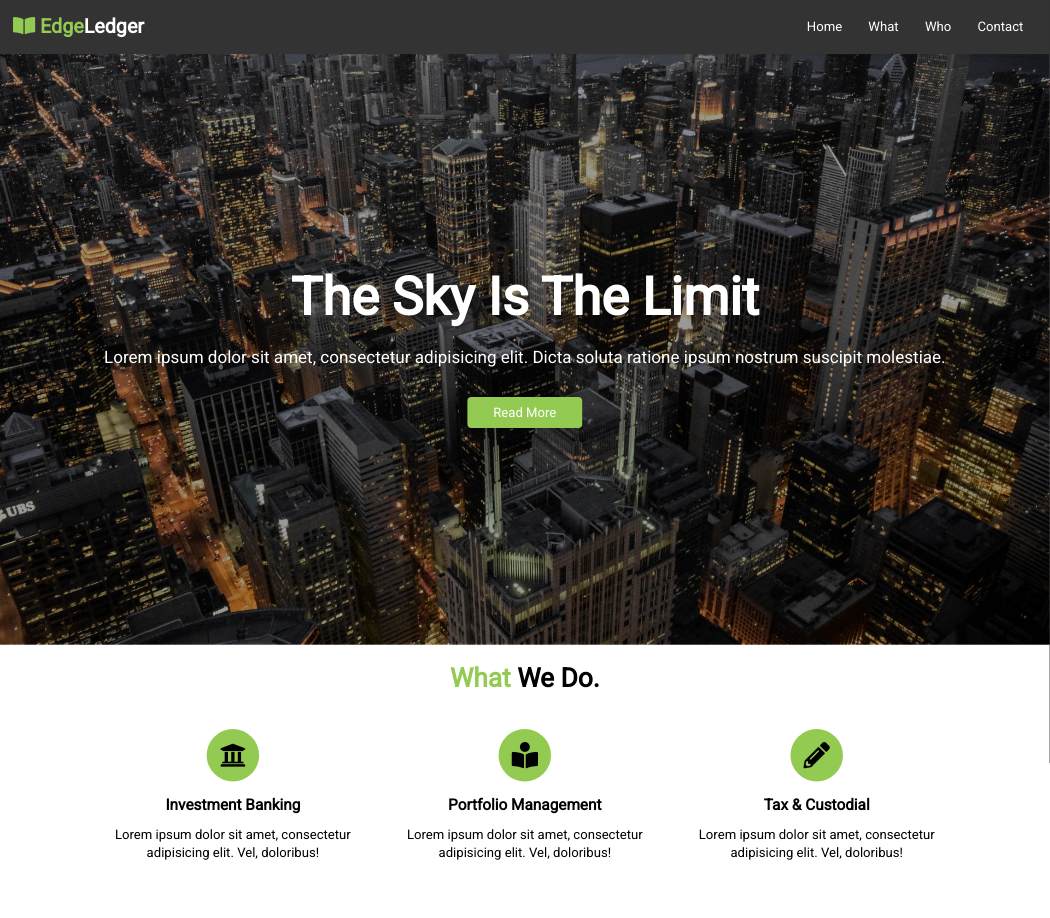
Repository: dimlutine/EdgeLedger
Page: index.html
An editor plug-in stored every save of this project. The page is shown before and after the next save, followed by the edit.
The browser window is 1280 px wide. The pictures show the whole page, at 82% of full size.
Some web libraries are served in a nearby version.

Above is the page before, as saved 2019-07-06 19:20:06.

### index.html
<!DOCTYPE html>
<html lang="en">

<head>
    <meta charset="UTF-8">
    <meta name="viewport" content="width=device-width, initial-scale=1.0">
    <meta http-equiv="X-UA-Compatible" content="ie=edge">
    <link rel="stylesheet" href="https://use.fontawesome.com/releases/v5.6.3/css/all.css" integrity="sha384-UHRtZLI+pbxtHCWp1t77Bi1L4ZtiqrqD80Kn4Z8NTSRyMA2Fd33n5dQ8lWUE00s/" crossorigin="anonymous">
    <link rel="stylesheet" media="screen and (max-width: 768px)" href="css/mobile.css">
    <link rel="stylesheet" media="screeb abd (min-width: 1100px)" href="css/widescreen.css">
    <link rel="stylesheet" href="css/style.css">
    <title>EdgeLedger Financial | Accounting & Investment</title>
</head>

<body id="home">
    <!-- Navbar -->
    <nav id="navbar">
        <h1 class="logo">
            <span class="text-primary"><i class="fas fa-book-open"></i> Edge</span>Ledger
        </h1>
        <ul>
            <li><a href="#home">Home</a></li>
            <li><a href="#what">What</a></li>
            <li><a href="#who">Who</a></li>
            <li><a href="#contacts">Contact</a></li>
        </ul>
    </nav>
    <!-- Header: Showcase -->
    <header id="showcase">
        <div class="showcase-content">
            <h1 class="l-heading">
                The Sky Is The Limit
            </h1>
            <p class="lead">Lorem ipsum dolor sit amet, consectetur adipisicing elit. Dicta soluta ratione ipsum nostrum suscipit molestiae.</p>
            <a href="#what" class="btn">Read More</a>
        </div>
    </header>
    <!-- Section: What We Do -->
    <section id="what" class="bg-light py-1">
        <div class="container">
            <h2 class="m-heading text-center">
                <span class="text-primary">What</span> We Do.
            </h2>
            <div class="items">
                <div class="item">
                    <i class="fas fa-university fa-2x"></i>
                    <div>
                        <h3>Investment Banking</h3>
                        <p>Lorem ipsum dolor sit amet, consectetur adipisicing elit. Vel, doloribus!</p>

                    </div>
                </div>
                <div class="item">
                    <i class="fas fa-book-reader fa-2x"></i>
                    <div>
                        <h3>Portfolio Management</h3>
                        <p>Lorem ipsum dolor sit amet, consectetur adipisicing elit. Vel, doloribus!</p>

                    </div>
                </div>
                <div class="item">
                    <i class="fas fa-pencil-alt fa-2x"></i>
                    <div>
                        <h3>Tax & Custodial</h3>
                        <p>Lorem ipsum dolor sit amet, consectetur adipisicing elit. Vel, doloribus!</p>

                    </div>
                </div>
            </div>
        </div>
    </section>
</body>

</html>

### css/style.css
@import url('https://fonts.googleapis.com/css?family=Roboto&display=swap');
* {
    margin: 0;
    padding: 0;
}

body {
    font-family: 'Roboto', sans-serif;
    line-height: 1.4;
}

a {
    text-decoration: none;
}

p {
    margin: .75rem 0;
}


/* Utility Classes */

.text-center {
    text-align: center;
}

.container {
    max-width: 1100px;
    margin: auto;
    padding: 0 2rem;
    overflow: hidden;
}

.text-primary {
    color: #93cb52;
}

.l-heading {
    font-size: 4rem;
    margin-bottom: 0.75rem;
    line-height: 1.1;
}

.m-heading {
    font-size: 2rem;
    margin-bottom: .75rem;
    line-height: 1.1;
}

.lead {
    font-size: 1.3rem;
    margin-bottom: 2rem;
}

.py-1 {
    padding: 1.5rem 0;
}

.py-2 {
    padding: 2rem 0;
}

.py-3 {
    padding: 3rem 0;
}

.btn {
    display: inline-block;
    color: #fff;
    background: #93cb52;
    padding: 0.5rem 2rem;
    border: none;
    border-radius: 5px;
}

.btn:hover {
    background: #7ab436;
}

.btn-dark {
    background: #333;
    color: #fff;
}


/* Navbar */

#navbar {
    display: flex;
    position: sticky;
    top: 0;
    background: #333;
    color: #fff;
    justify-content: space-between;
    z-index: 1;
    padding: 1rem;
}

#navbar ul {
    display: flex;
    align-items: center;
    list-style: none;
}

#navbar ul li a {
    color: #fff;
    padding: 0.75rem;
    margin: 0 0.25rem;
}

#navbar ul li a:hover {
    background: #93cb52;
    border-radius: 5px;
}


/* Showcase */

#showcase {
    background: #333 url(../img/showcase.jpg) no-repeat center center/cover;
    height: 100vh;
    color: #fff;
}

#showcase .showcase-content {
    height: 100%;
    display: flex;
    flex-direction: column;
    justify-content: center;
    text-align: center;
    align-items: center;
    padding: 0 2rem;
    /* Overlay */
    position: absolute;
    top: 65px;
    left: 0;
    right: 0;
    bottom: 0;
    background-color: rgba(0, 0, 0, .4);
}


/* Section: What We Do */

#what .items {
    display: flex;
    padding: 1rem;
}

#what .item {
    flex: 1;
    text-align: center;
    padding: 1rem;
}

#what .items .item i {
    background: #93cb52;
    padding: 1rem;
    border-radius: 50%;
    margin-bottom: 1rem;
}

Loaded but not shown: css/mobile.css (no stored copy; drawn as an empty file); css/widescreen.css (no stored copy; drawn as an empty file)

After the next save:
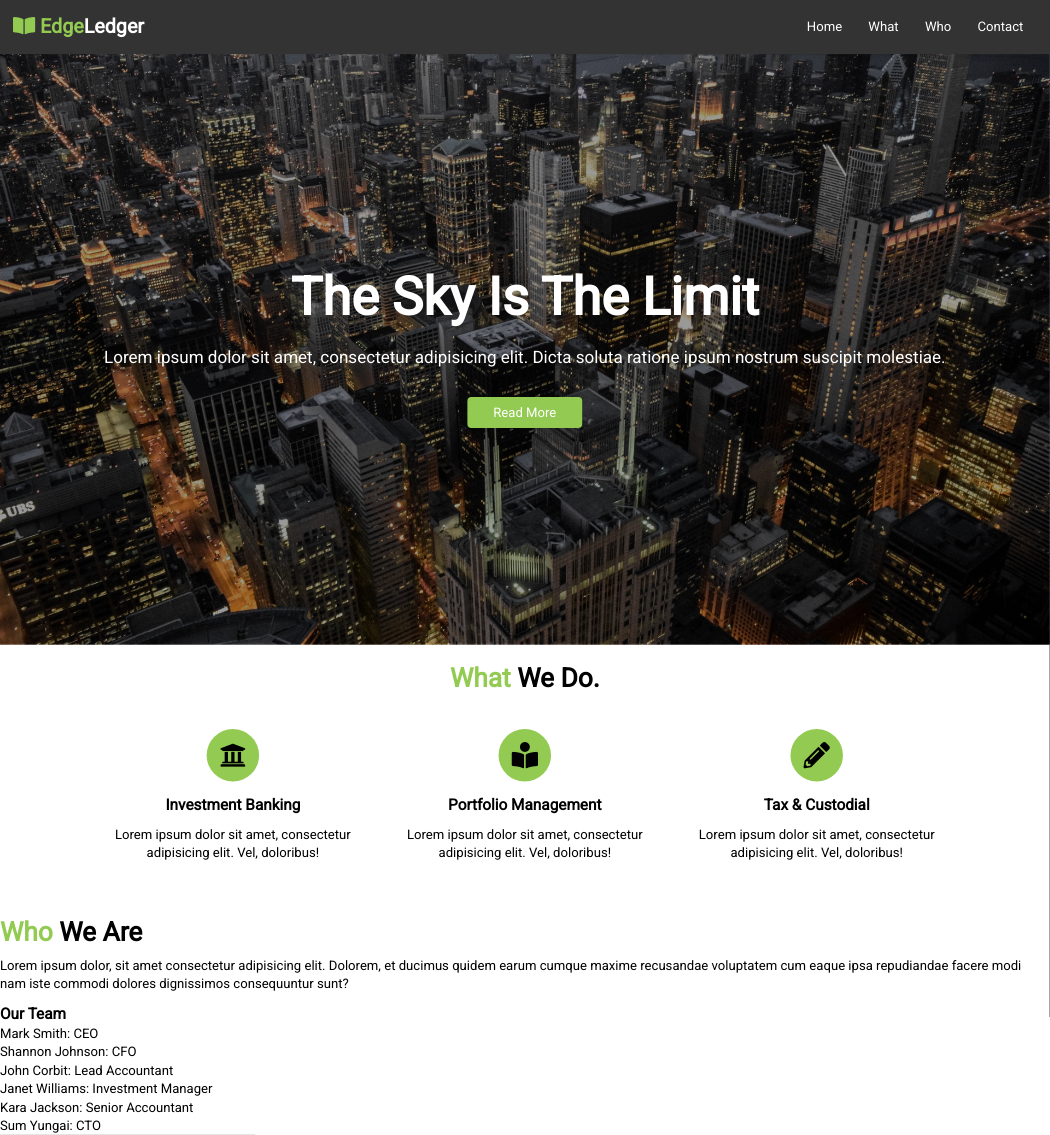
Saved 72 min 47 s later.
--- a/index.html
+++ b/index.html
@@ -69,6 +69,24 @@
             </div>
         </div>
     </section>
+
+    <!-- Section: Who We Are -->
+    <section id="who">
+        <div class="who-img"></div>
+        <div class="who-text bg-dark p-2">
+            <h2 class="m-heading"><span class="text-primary">Who</span> We Are</h2>
+            <p>Lorem ipsum dolor, sit amet consectetur adipisicing elit. Dolorem, et ducimus quidem earum cumque maxime recusandae voluptatem cum eaque ipsa repudiandae facere modi nam iste commodi dolores dignissimos consequuntur sunt?</p>
+            <h3>Our Team</h3>
+            <ul class="list">
+                <li>Mark Smith: CEO</li>
+                <li>Shannon Johnson: CFO</li>
+                <li>John Corbit: Lead Accountant</li>
+                <li>Janet Williams: Investment Manager</li>
+                <li>Kara Jackson: Senior Accountant</li>
+                <li>Sum Yungai: CTO</li>
+            </ul>
+        </div>
+    </section>
 </body>
 
 </html>
